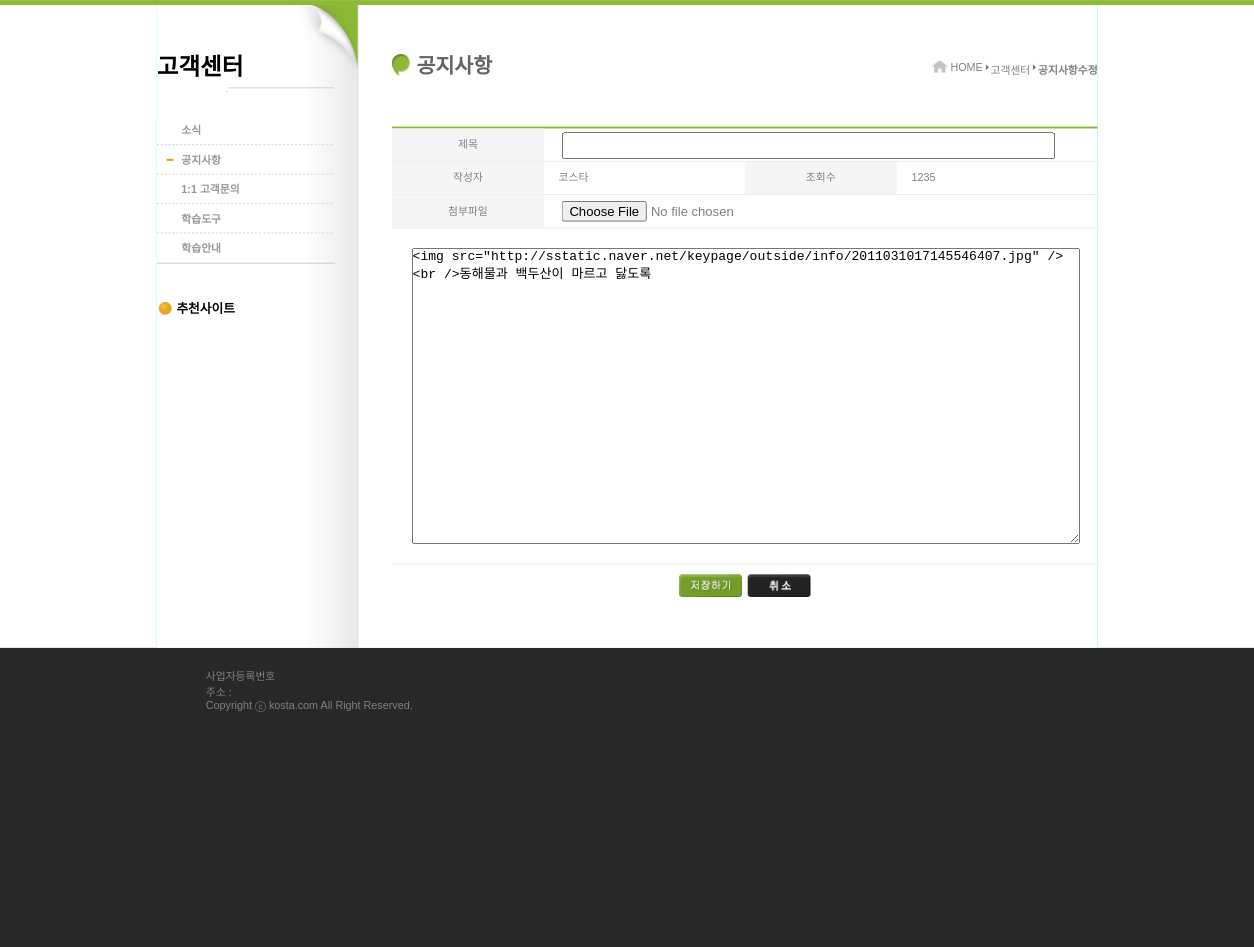
Repository: Ahn-Seung-ju/SpringLab
Page: http://localhost/SpringMVC_Basic04_WebSite_Annotation/customer/noticeEdit.jsp
An editor plug-in stored every save of this project. The page is shown before and after the next save, followed by the edit.
The browser window is 1280 px wide. The pictures show the part of the page from y = 245 to 1211 px (the page is 1211 px tall), at 98% of full size.
The page is served by Tomcat 9.

Above is the page before, as saved 2021-05-07 02:17:58.

After the next save:
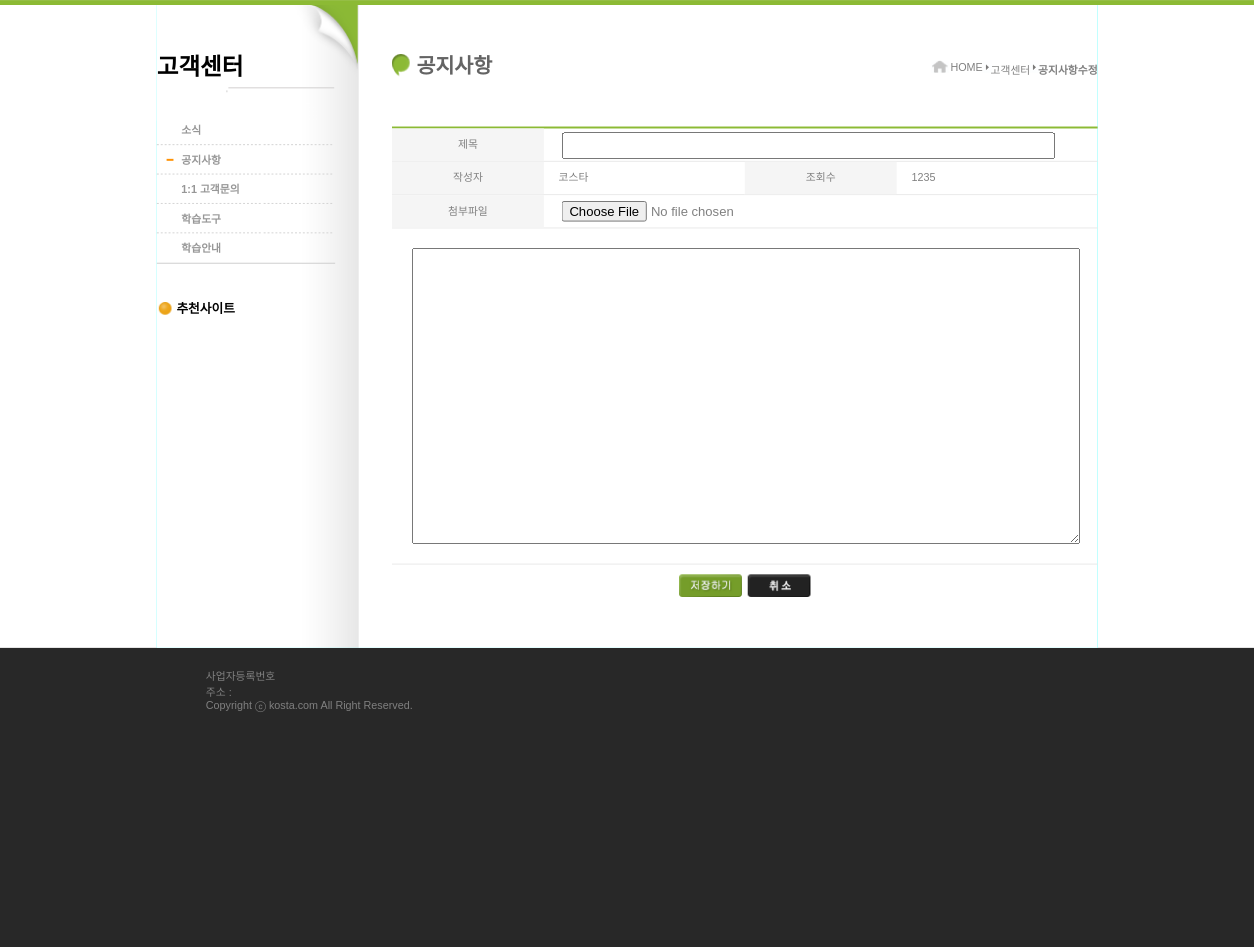
Saved 79 s later.
--- a/SpringMVC_Basic04_WebSite_Annotation/WebContent/customer/noticeEdit.jsp
+++ b/SpringMVC_Basic04_WebSite_Annotation/WebContent/customer/noticeEdit.jsp
@@ -113,8 +113,7 @@
 						</dl>
 
 						<div class="article-content" >
-							<textarea id="txtContent" class="txtContent" name="content"><img src="http://sstatic.naver.net/keypage/outside/info/2011031017145546407.jpg" /><br />동해물과 백두산이 마르고 닳도록
-							</textarea>
+							<textarea id="txtContent" class="txtContent" name="content" >${notice.content}</textarea>
 						</div>
 					</div>
 					<p class="article-comment margin-small">
